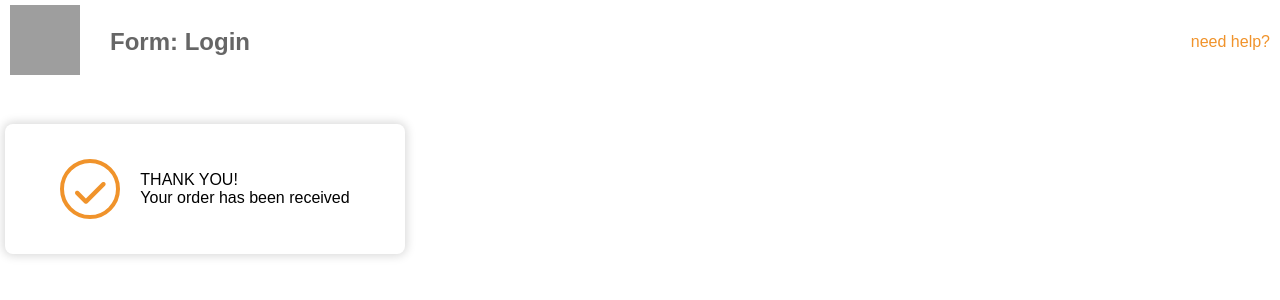
Repository: NguyenDucHung20002/project-homev1
Page: checkout/checkout.html
The author's editor kept a copy of each file at every save. The page is drawn from the files as they stood at one save, then again after the next save.
The browser window is 1280 px wide. The pictures show the whole page.
Pictures or frames that could not be fetched are drawn as grey boxes. The style sheet was rebuilt from its Sass, Less or Tailwind sources for each picture, by a compiler version that may differ from the author's.

Above is the page before, as saved 2022-09-20 09:25:11.

After the next save:
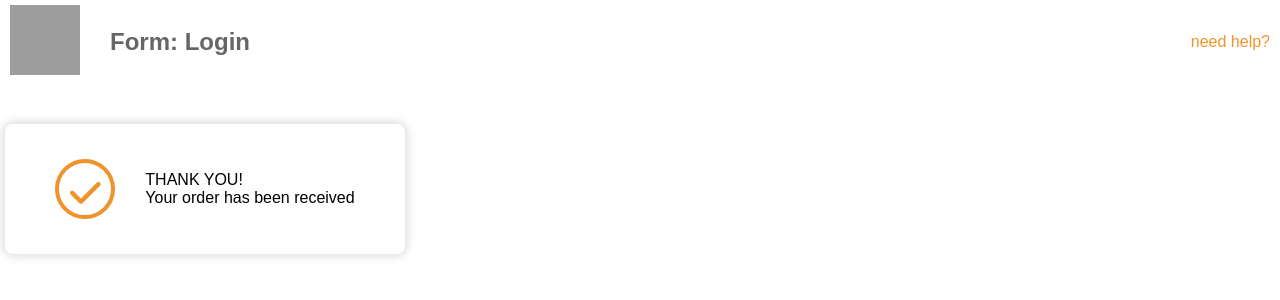
Saved 4 s later.
--- a/checkout/checkout.scss
+++ b/checkout/checkout.scss
@@ -67,7 +67,7 @@ header {
         border-radius: 50%;
         font-size: 35px;
         font-weight: bold;
-        margin-right: 20px;
+        margin-right: 30px;
       }
     }
   }
